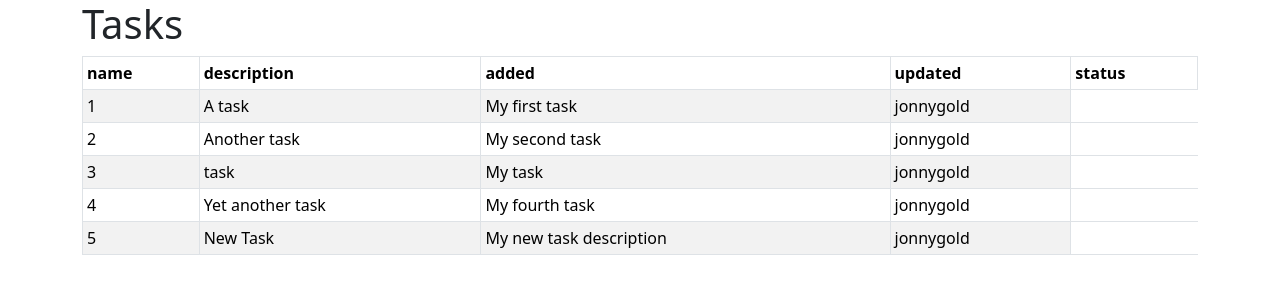
Repository: trider/react-task-app
Page: /tasks
An editor plug-in stored every save of this project. The page is shown before and after the next save, followed by the edit.
The browser window is 1280 px wide. The pictures show the whole page.
The project was rebuilt for these pictures with package versions that can differ from the ones it lists, and the page was loaded fresh each time. Also part of the build but not shown: src/pages/Login.js.

Above is the page before, as saved 2024-05-02 17:54:38.

After the next save:
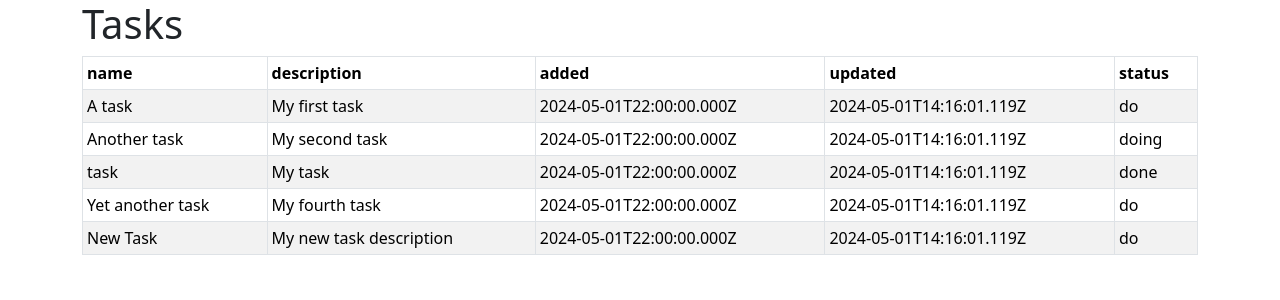
Saved 29 s later.
--- a/src/pages/Task.js
+++ b/src/pages/Task.js
@@ -85,10 +85,9 @@ const TaskTable = () => {
       <tbody>
         {userTasks.map((task) => (
           <tr key={task.id}>
-            <td>{task.taskId}</td>
-            <td>{task.name}</td>
-            <td>{task.description}</td>
-            <td>{task.user}</td>
+            {tableCols.map((col) => (
+              <td key={col}>{task[col]}</td>
+            ))}
           </tr>
         ))}
 
